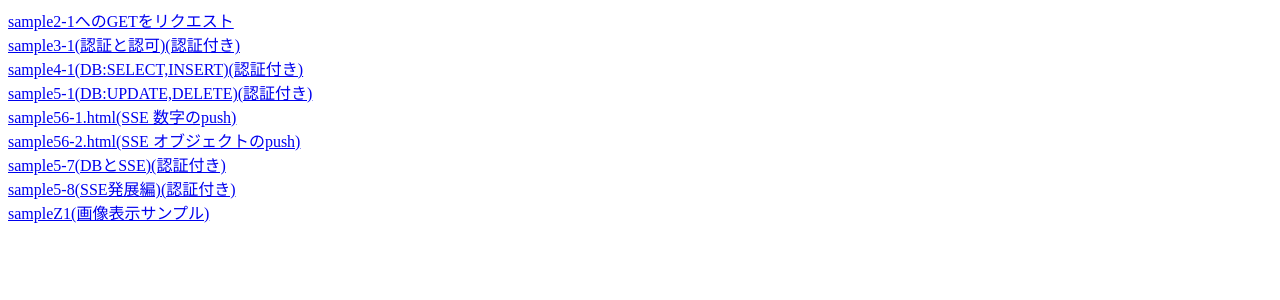
Repository: e1b21069/team2
Page: .log/team2/src/main/resources/static/index.html
These files come from the project's save history. The page is drawn as it stood at one moment and after the next save; the edit follows.
The browser window is 1280 px wide. The pictures show the whole page.

Above is the page before, as saved 2023-10-31 15:14:02.

After the next save:
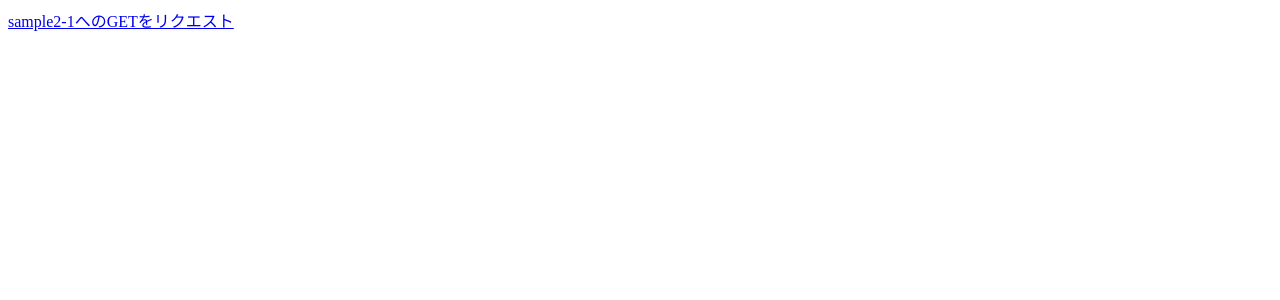
Saved 11 s later.
--- a/.log/team2/src/main/resources/static/index.html
+++ b/.log/team2/src/main/resources/static/index.html
@@ -8,14 +8,6 @@
 
 <body>
   <a href="/sample21">sample2-1へのGETをリクエスト</a><br>
-  <a href="/sample3/step1">sample3-1(認証と認可)(認証付き)</a><br>
-  <a href="/sample4/step1">sample4-1(DB:SELECT,INSERT)(認証付き)</a><br>
-  <a href="/sample5/step1">sample5-1(DB:UPDATE,DELETE)(認証付き)</a><br>
-  <a href="/sample56-1.html">sample56-1.html(SSE 数字のpush)</a><br>
-  <a href="/sample56-2.html">sample56-2.html(SSE オブジェクトのpush)</a><br>
-  <a href="/sample5/step7">sample5-7(DBとSSE)(認証付き)</a><br>
-  <a href="/sample58.html">sample5-8(SSE発展編)(認証付き)</a><br>
-  <a href="/sampleZ1.html">sampleZ1(画像表示サンプル)</a><br>
 </body>
 
 </html>
